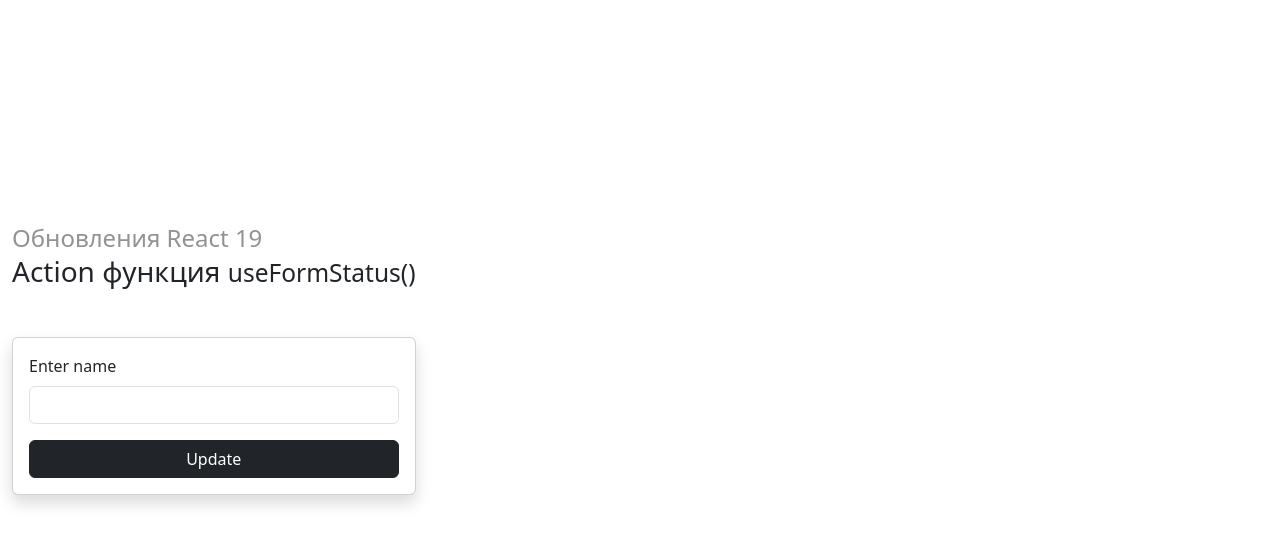
Repository: vitaliygalata1986/react
Page: / (app in project-40-react-19-vite/react-19/)
An editor plug-in stored every save of this project. The page is shown before and after a run of saves, followed by the edit.
The browser window is 1280 px wide. The pictures show the whole page.
The project was rebuilt for these pictures with package versions that can differ from the ones it lists, and the page was loaded fresh each time. Also part of the build but not shown: project-40-react-19-vite/react-19/vite.config.js.

Above is the page before, as saved 2025-02-03 22:32:13.

After the next 2 saves:
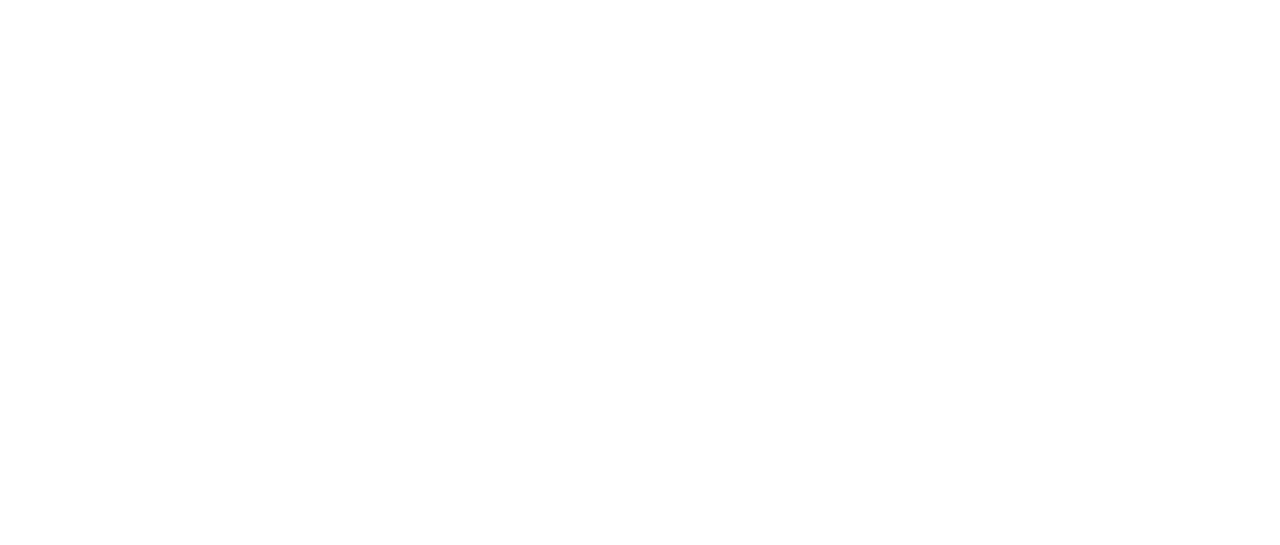
Console error: TypeError: Cannot read properties of null (reading 'get')
The 2 saves are shown as one change because they came seconds apart.
The last was saved 6 s later.
--- a/project-40-react-19-vite/react-19/src/examples/forms/useFormStatus.jsx
+++ b/project-40-react-19-vite/react-19/src/examples/forms/useFormStatus.jsx
@@ -17,7 +17,7 @@
   const { pending, data, method, action } = useFormStatus(); // получаем состояние ожидания
   // console.log(pending);
   console.log(data); // FormData
-  console.log(data); // FormData
+  console.log(data.get('name')); // FormData
   // console.log(method); // get
   // console.log(action); // async (formData) => {...}
   return (

After the 4 saves that followed:
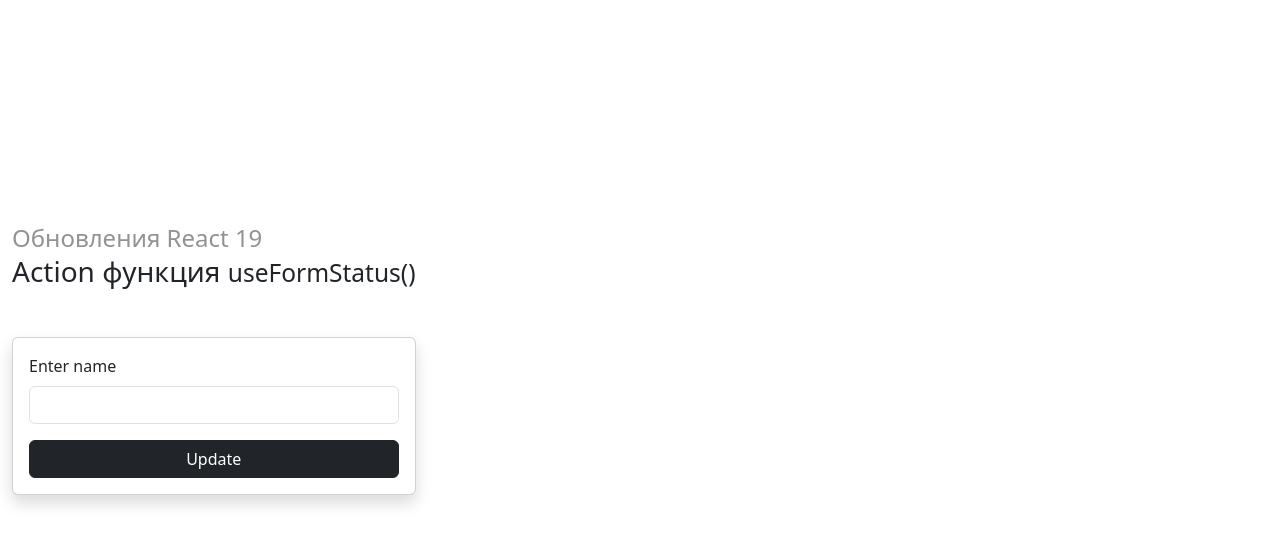
The error is gone.
The 4 saves are shown as one change because they came seconds apart.
The last was saved 15 s later.
--- a/project-40-react-19-vite/react-19/src/examples/forms/useFormStatus.jsx
+++ b/project-40-react-19-vite/react-19/src/examples/forms/useFormStatus.jsx
@@ -17,7 +17,6 @@
   const { pending, data, method, action } = useFormStatus(); // получаем состояние ожидания
   // console.log(pending);
   console.log(data); // FormData
-  console.log(data.get('name')); // FormData
   // console.log(method); // get
   // console.log(action); // async (formData) => {...}
   return (
